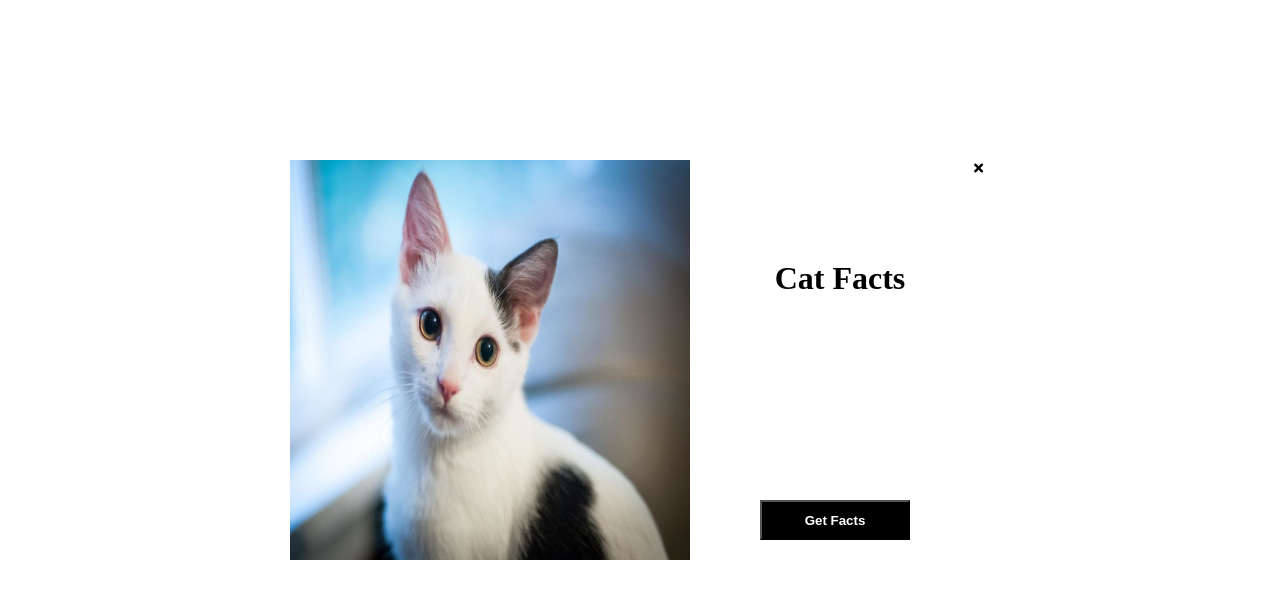
Repository: AustinW24/pg-catfacts
Page: cat-facts.html
An editor plug-in stored every save of this project. The page is shown before and after the next save, followed by the edit.
The browser window is 1280 px wide. The pictures show the whole page.
The page's requests for data from a server got no answer. Some web libraries are served in a nearby version.

Above is the page before, as saved 2021-12-29 18:22:39.
Console error: ReferenceError: $ is not defined

After the next save:
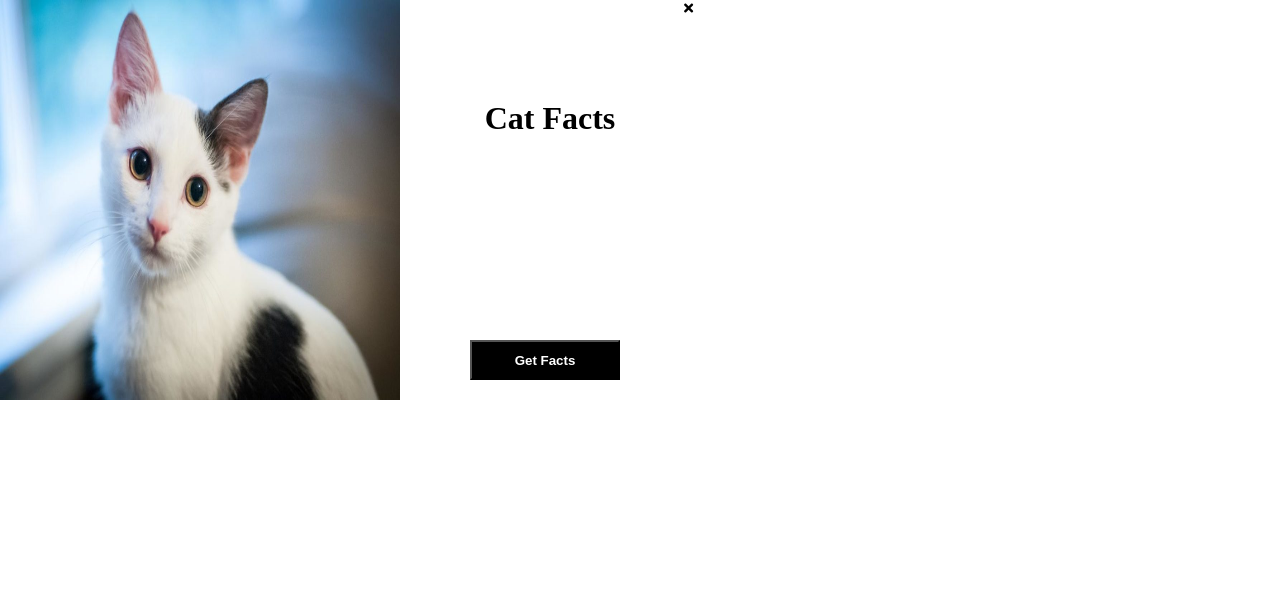
Saved 13 s later.
--- a/cat-facts.css
+++ b/cat-facts.css
@@ -8,6 +8,14 @@
     display: flex;
     align-items: center;
     justify-content: center;
+}
+#container {
+    position: absolute;
+    margin: 0px;
+    padding: 0px;
+    width: 100%;
+    height: 100%;
+    overflow: hidden;
 }
 .facts__button {
     color: white;

After the save that followed:
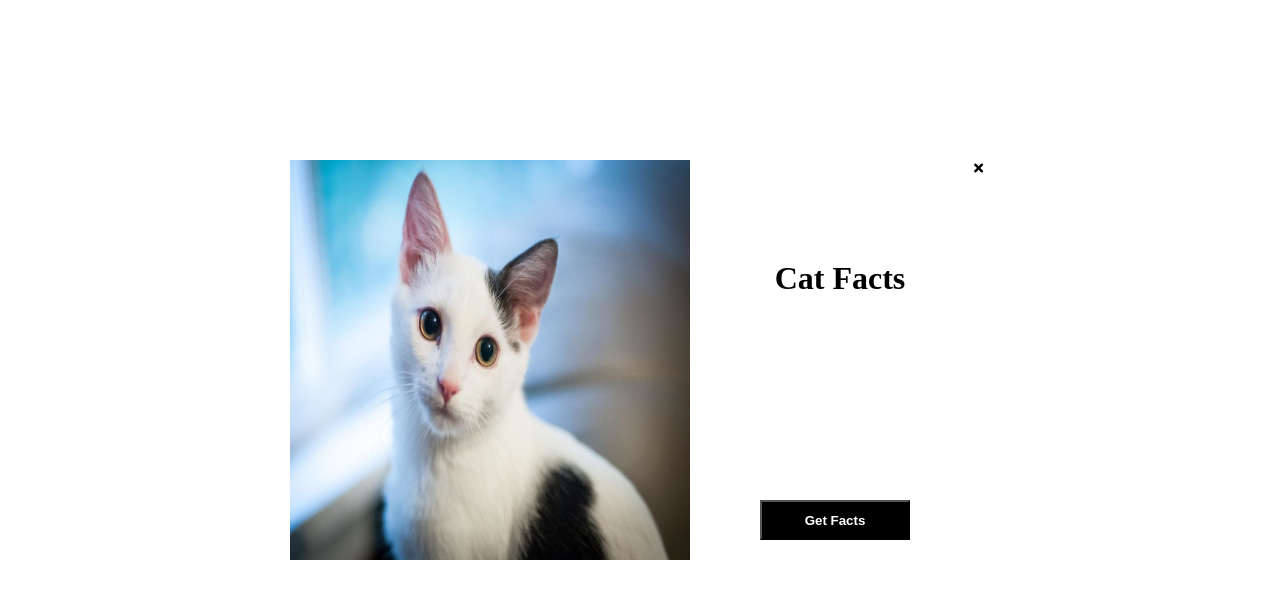
Saved 15 s later.
--- a/cat-facts.css
+++ b/cat-facts.css
@@ -9,14 +9,7 @@
     align-items: center;
     justify-content: center;
 }
-#container {
-    position: absolute;
-    margin: 0px;
-    padding: 0px;
-    width: 100%;
-    height: 100%;
-    overflow: hidden;
-}
+
 .facts__button {
     color: white;
     background-color: black;
